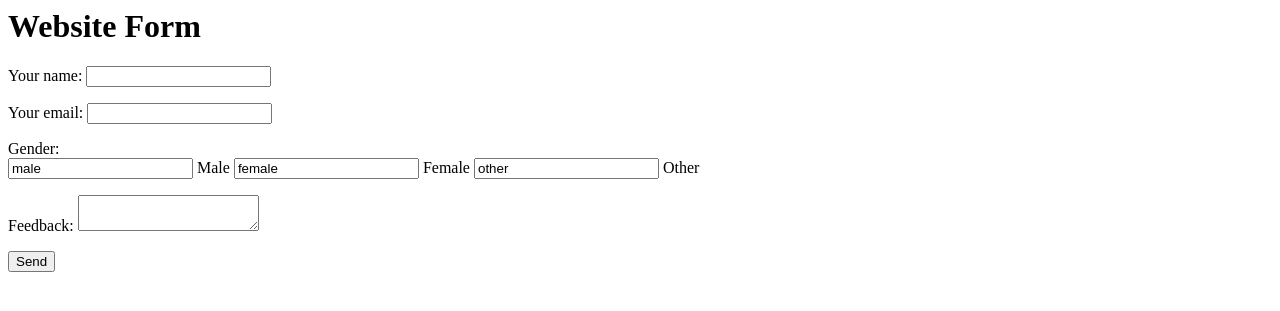
Repository: getzt1/web-design-class
Page: web pages/personal-site/form.html
The author's editor kept a record of every edit. The page is drawn from the files as they stood at one moment, then again after the next edit.
The browser window is 1280 px wide. The pictures show the whole page.

Above is the page before.

### web pages/personal-site/form.html
<form
  action="https://formspree.io/xoqdpvjk"
  method="POST"
>
  <label>
      <h1>Website Form</h1>
   <p>Your name:
    <input type="name"></p>
    </label>

    <label>
    <p>Your email:
    <input type="text" name="_replyto"></p>
  </label>

 <p> Gender: <br />
        <input type="gender" name="choose" value="male" checked="checked" /> Male
        <input type="gender" name="choose" value="female" /> Female
        <input type="gender" name="choose" value="other" /> Other
  </p>

  <label>
    <p>Feedback:
    <textarea name="message"></textarea></p>
  </label>

  <!-- your other form fields go here -->

  <button type="submit">Send</button>
</form>

After the next edit:
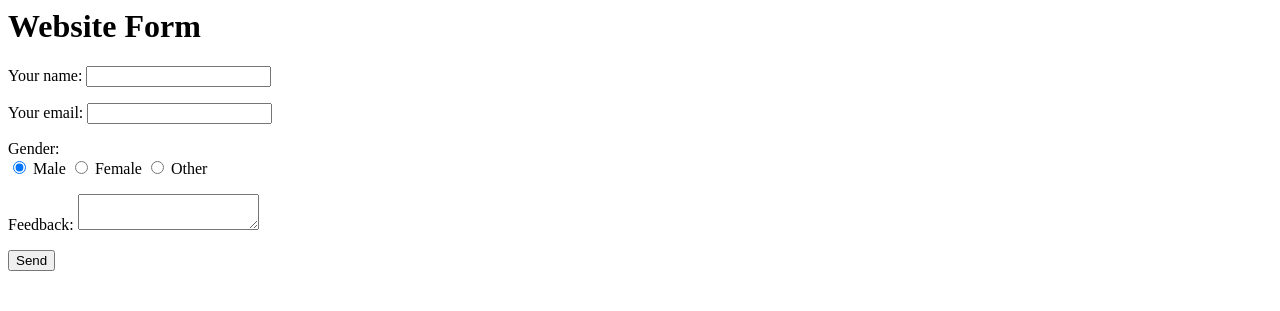
The edit:
--- a/web pages/personal-site/form.html
+++ b/web pages/personal-site/form.html
@@ -14,9 +14,9 @@
   </label>
 
  <p> Gender: <br />
-        <input type="gender" name="choose" value="male" checked="checked" /> Male
-        <input type="gender" name="choose" value="female" /> Female
-        <input type="gender" name="choose" value="other" /> Other
+        <input type="radio" name="choose" value="male" checked="checked" /> Male
+        <input type="radio" name="choose" value="female" /> Female
+        <input type="radio" name="choose" value="other" /> Other
   </p>
 
   <label>
